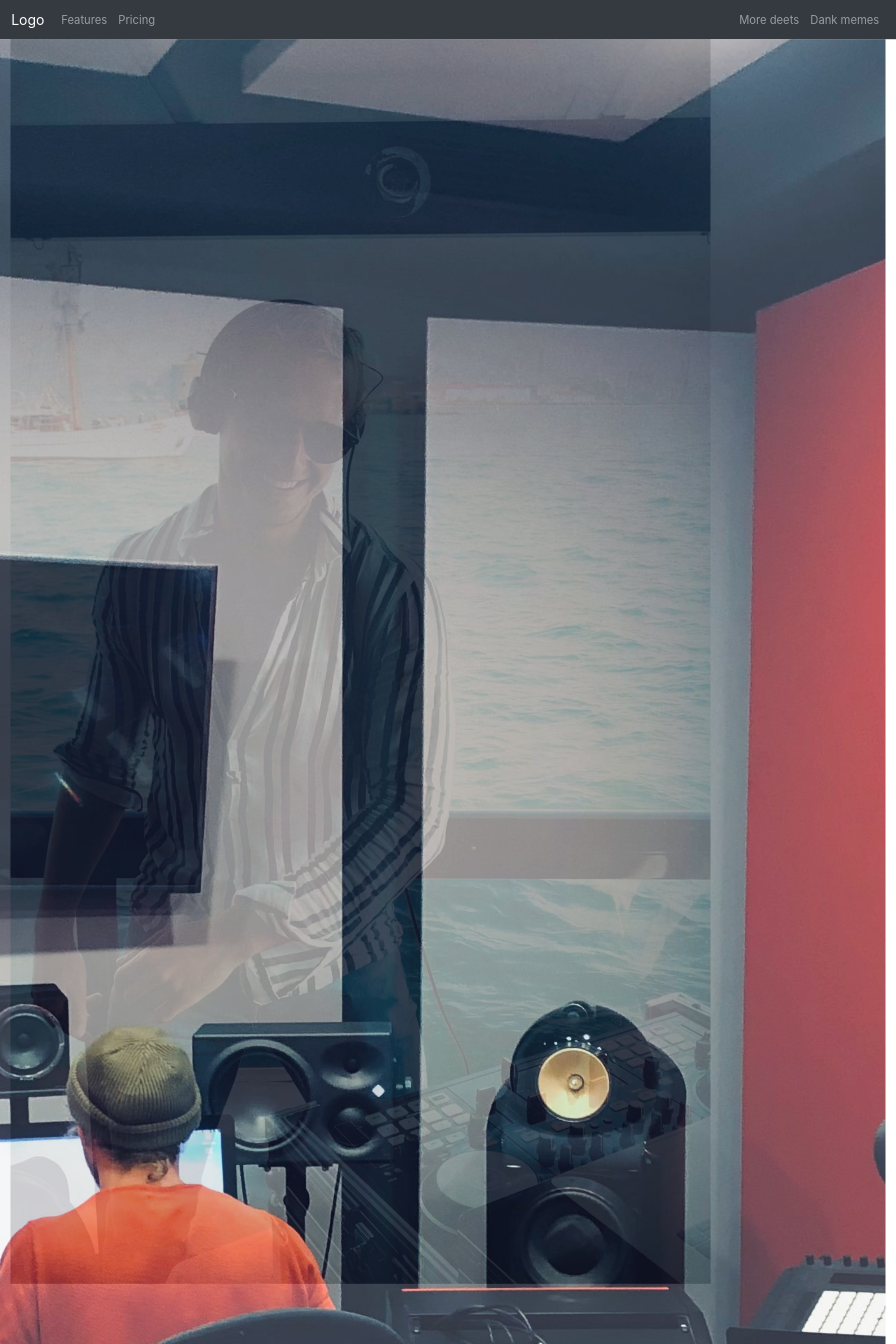
Repository: schweizercode/schweezzy
Page: /
The author's editor kept a copy of each file at every save. The page is drawn from the files as they stood at one save, then again after the next save.
The browser window is 1280 px wide. The pictures show the part of the page from y = 0 to 1920 px (the page is 3007 px tall), at 70% of full size.
The project was rebuilt for these pictures with package versions that can differ from the ones it lists, and the page was loaded fresh each time.

Above is the page before, as saved 2021-04-14 15:19:12.

### public/index.html
<!DOCTYPE html>
<html lang="en">

<head>
  <meta charset="utf-8" />
  <link rel="icon" href="%PUBLIC_URL%/favicon.ico" />
  <meta name="viewport" content="width=device-width, initial-scale=1" />
  <meta name="theme-color" content="#000000" />
  <meta name="description" content="Web site created using create-react-app" />
  <link rel="apple-touch-icon" href="%PUBLIC_URL%/logo192.png" />
  <link rel="stylesheet" href="https://cdn.jsdelivr.net/npm/bootstrap@4.6.0/dist/css/bootstrap.min.css"
    integrity="sha384-B0vP5xmATw1+K9KRQjQERJvTumQW0nPEzvF6L/Z6nronJ3oUOFUFpCjEUQouq2+l" crossorigin="anonymous" />
  <!--
      manifest.json provides metadata used when your web app is installed on a
      user's mobile device or desktop. See https://developers.google.com/web/fundamentals/web-app-manifest/
    -->
  <link rel="manifest" href="%PUBLIC_URL%/manifest.json" />
  <!--
      Notice the use of %PUBLIC_URL% in the tags above.
      It will be replaced with the URL of the `public` folder during the build.
      Only files inside the `public` folder can be referenced from the HTML.

      Unlike "/favicon.ico" or "favicon.ico", "%PUBLIC_URL%/favicon.ico" will
      work correctly both with client-side routing and a non-root public URL.
      Learn how to configure a non-root public URL by running `npm run build`.
    -->
  <title>React App</title>
</head>

<body>
  <noscript>You need to enable JavaScript to run this app.</noscript>
  <div id="root"></div>
  <!--
      This HTML file is a template.
      If you open it directly in the browser, you will see an empty page.

      You can add webfonts, meta tags, or analytics to this file.
      The build step will place the bundled scripts into the <body> tag.

      To begin the development, run `npm start` or `yarn start`.
      To create a production bundle, use `npm run build` or `yarn build`.
    -->
</body>

</html>

### src/App.js
import React from 'react';
import './App.css';
import Navbar from './Navbar.js';
import Mainpage from './Mainpage.js';


function App() {
  return (
    <div className="App">
      <Navbar />
      <Mainpage />

    </div>
  );
}

export default App;

### src/Navbar.js
import { React } from 'react';
import * as ReactBootStrap from 'react-bootstrap';


function Nav() {
    return (

        <>
            <ReactBootStrap.Navbar collapseOnSelect expand="lg" bg="dark" variant="dark">
                <ReactBootStrap.Navbar.Brand href="#home">Logo</ReactBootStrap.Navbar.Brand>
                <ReactBootStrap.Navbar.Toggle aria-controls="responsive-navbar-nav" />
                <ReactBootStrap.Navbar.Collapse id="responsive-navbar-nav">
                    <ReactBootStrap.Nav className="mr-auto">
                        <ReactBootStrap.Nav.Link href="#features">Features</ReactBootStrap.Nav.Link>
                        <ReactBootStrap.Nav.Link href="#pricing">Pricing</ReactBootStrap.Nav.Link>
                        {/* <ReactBootStrap.NavDropdown title="Dropdown" id="collasible-nav-dropdown">
                            <ReactBootStrap.NavDropdown.Item href="#action/3.1">Action</ReactBootStrap.NavDropdown.Item>
                            <ReactBootStrap.NavDropdown.Item href="#action/3.2">Another action</ReactBootStrap.NavDropdown.Item>
                            <ReactBootStrap.NavDropdown.Item href="#action/3.3">Something</ReactBootStrap.NavDropdown.Item>
                            <ReactBootStrap.NavDropdown.Divider />
                            <ReactBootStrap.NavDropdown.Item href="#action/3.4">Separated link</ReactBootStrap.NavDropdown.Item>
                        </ReactBootStrap.NavDropdown> */}
                    </ReactBootStrap.Nav>
                    <ReactBootStrap.Nav>
                        <ReactBootStrap.Nav.Link href="#deets">More deets</ReactBootStrap.Nav.Link>
                        <ReactBootStrap.Nav.Link eventKey={2} href="#memes">
                            Dank memes
      </ReactBootStrap.Nav.Link>
                    </ReactBootStrap.Nav>
                </ReactBootStrap.Navbar.Collapse>
            </ReactBootStrap.Navbar>
        </>

    );
}

export default Nav;

### src/Mainpage.js
import React from 'react';
import img1 from './images/dj.jpg';
import img2 from './images/producer.jpg';




function Mainpage() {
    return (

        <div class='container-fluid'>
            <div class='row'>
                <div class='"col-md-3 col-sm-6 small-screen-margin-top"'>
                    <div class='dj'>
                        <img src={img1} alt="" style={{ width: '1000px', float: 'left', opacity: '0.8' }} />
                    </div>
                </div>

                <div class='"col-md-3 col-sm-6 small-screen-margin-top"'>
                    <img src={img2} alt="" style={{ width: '1', float: 'right', opacity: '0.8' }} />
                </div>
            </div>
        </div>



    );
}



export default Mainpage;

Loaded but not shown: src/index.js (common file); src/index.css (common file); src/reportWebVitals.js (common file); src/App.css (common file)

After the next save:
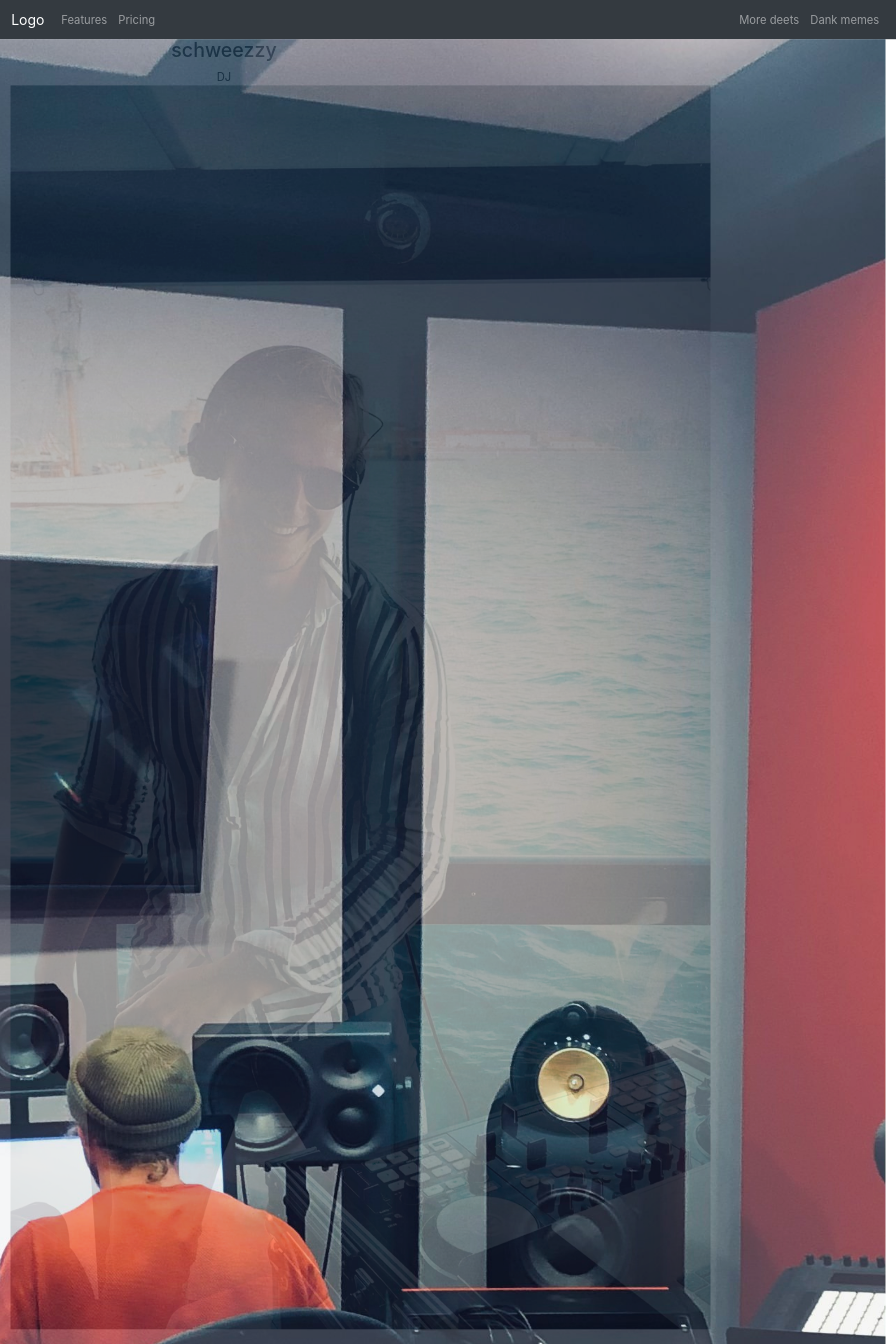
Saved 96 s later.
--- a/src/Mainpage.js
+++ b/src/Mainpage.js
@@ -12,6 +12,8 @@ function Mainpage() {
             <div class='row'>
                 <div class='"col-md-3 col-sm-6 small-screen-margin-top"'>
                     <div class='dj'>
+                        <h3> schweezzy</h3>
+                        <span> DJ</span>
                         <img src={img1} alt="" style={{ width: '1000px', float: 'left', opacity: '0.8' }} />
                     </div>
                 </div>
